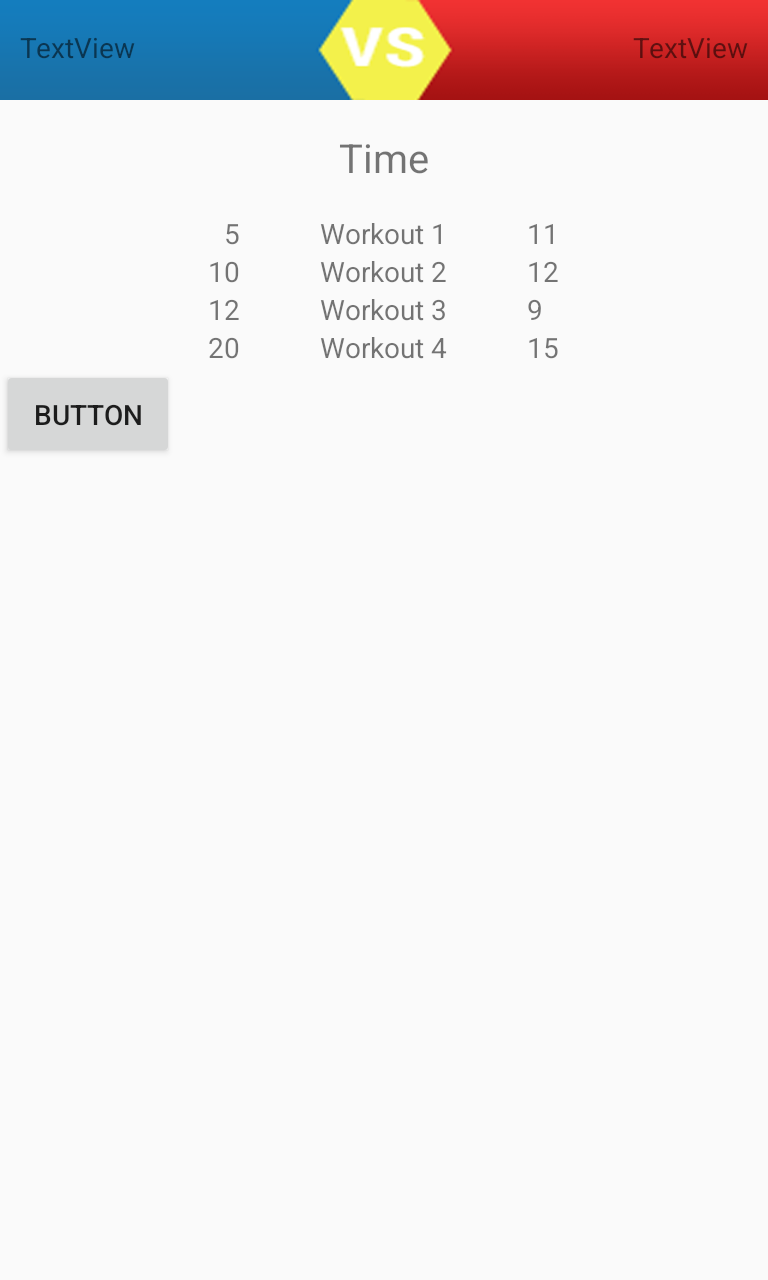
Repository: hackathon-2014/devdroid-repo
Layout: HealthyCompetition/res/layout/battlefield_layout.xml
The author's editor kept a copy of each file at every save. The layout is drawn from the files as they stood at one save, then again after a run of saves.
It is drawn on a 768 x 1280 px phone screen (xhdpi) without system bars, with theme AppTheme; the app's code is not run.

Above is the layout before, as saved 2014-08-23 19:54:23.

### HealthyCompetition/res/layout/battlefield_layout.xml
<?xml version="1.0" encoding="utf-8"?>
<LinearLayout xmlns:android="http://schemas.android.com/apk/res/android"
    android:layout_width="match_parent"
    android:layout_height="match_parent"
    android:orientation="vertical" >

    <RelativeLayout
        android:id="@+id/relative_layout_versus"
        android:layout_width="match_parent"
        android:layout_height="wrap_content" >

        <ImageView
            android:id="@+id/versus_image"
            android:layout_width="match_parent"
            android:layout_height="50dp"
            android:background="@drawable/vs_banner" />

        <TextView
            android:id="@+id/time_view"
            android:layout_width="wrap_content"
            android:layout_height="wrap_content"
            android:layout_below="@+id/versus_image"
            android:layout_centerHorizontal="true"
            android:layout_marginTop="15dp"
            android:text="Time"
            android:textSize="20dp" />

        <TextView
            android:id="@+id/player_one_name"
            android:layout_width="wrap_content"
            android:layout_height="wrap_content"
            android:layout_alignParentLeft="true"
            android:layout_alignParentTop="true"
            android:layout_marginLeft="10dp"
            android:layout_marginTop="14dp"
            android:text="TextView" />

        <TextView
            android:id="@+id/player_two_name"
            android:layout_width="wrap_content"
            android:layout_height="wrap_content"
            android:layout_alignBaseline="@+id/player_one_name"
            android:layout_alignBottom="@+id/player_one_name"
            android:layout_alignParentRight="true"
            android:layout_alignParentTop="true"
            android:layout_marginRight="10dp"
            android:text="TextView" />
    </RelativeLayout>

    <RelativeLayout
        android:id="@+id/workout_layout_one"
        android:layout_width="match_parent"
        android:layout_height="wrap_content"
        android:layout_marginTop="15dp"
        android:orientation="vertical" >

        <TextView
            android:id="@+id/workout_one"
            android:layout_width="wrap_content"
            android:layout_height="wrap_content"
            android:layout_centerHorizontal="true"
            android:text="Workout 1" />

        <TextView
            android:id="@+id/playerone_workoutone"
            android:layout_width="wrap_content"
            android:layout_height="wrap_content"
            android:layout_alignParentTop="true"
            android:layout_marginRight="40dp"
            android:layout_toLeftOf="@+id/workout_one"
            android:text="5" />

        <TextView
            android:id="@+id/playertwo_workoutone"
            android:layout_width="wrap_content"
            android:layout_height="wrap_content"
            android:layout_alignParentTop="true"
            android:layout_marginLeft="40dp"
            android:layout_toRightOf="@+id/workout_one"
            android:text="11" />
    </RelativeLayout>

    <RelativeLayout
        android:id="@+id/workout_layout_two"
        android:layout_width="match_parent"
        android:layout_height="wrap_content"
        android:orientation="vertical" >

        <TextView
            android:id="@+id/workout_two"
            android:layout_width="wrap_content"
            android:layout_height="wrap_content"
            android:layout_centerHorizontal="true"
            android:text="Workout 2" />

        <TextView
            android:id="@+id/playerone_workouttwo"
            android:layout_width="wrap_content"
            android:layout_height="wrap_content"
            android:layout_alignParentTop="true"
            android:layout_marginRight="40dp"
            android:layout_toLeftOf="@+id/workout_two"
            android:text="10" />

        <TextView
            android:id="@+id/playertwo_workouttwo"
            android:layout_width="wrap_content"
            android:layout_height="wrap_content"
            android:layout_alignParentTop="true"
            android:layout_marginLeft="40dp"
            android:layout_toRightOf="@+id/workout_two"
            android:text="12" />
    </RelativeLayout>

    <RelativeLayout
        android:id="@+id/workout_layout_three"
        android:layout_width="match_parent"
        android:layout_height="wrap_content"
        android:orientation="vertical" >

        <TextView
            android:id="@+id/workout_three"
            android:layout_width="wrap_content"
            android:layout_height="wrap_content"
            android:layout_centerHorizontal="true"
            android:text="Workout 3" />

        <TextView
            android:id="@+id/playerone_workoutthree"
            android:layout_width="wrap_content"
            android:layout_height="wrap_content"
            android:layout_alignParentTop="true"
            android:layout_marginRight="40dp"
            android:layout_toLeftOf="@+id/workout_three"
            android:text="12" />

        <TextView
            android:id="@+id/playertwo_workoutthree"
            android:layout_width="wrap_content"
            android:layout_height="wrap_content"
            android:layout_alignParentTop="true"
            android:layout_marginLeft="40dp"
            android:layout_toRightOf="@+id/workout_three"
            android:text="9" />
    </RelativeLayout>

    <RelativeLayout
        android:id="@+id/workout_layout_four"
        android:layout_width="match_parent"
        android:layout_height="wrap_content"
        android:orientation="vertical" >

        <TextView
            android:id="@+id/workout_four"
            android:layout_width="wrap_content"
            android:layout_height="wrap_content"
            android:layout_centerHorizontal="true"
            android:text="Workout 4" />

        <TextView
            android:id="@+id/playerone_workoutfour"
            android:layout_width="wrap_content"
            android:layout_height="wrap_content"
            android:layout_alignParentTop="true"
            android:layout_marginRight="40dp"
            android:layout_toLeftOf="@+id/workout_four"
            android:text="20" />

        <TextView
            android:id="@+id/playertwo_workoutfour"
            android:layout_width="wrap_content"
            android:layout_height="wrap_content"
            android:layout_alignParentTop="true"
            android:layout_marginLeft="40dp"
            android:layout_toRightOf="@+id/workout_four"
            android:text="15" />
    </RelativeLayout>

    <Button
        android:id="@+id/button1"
        android:layout_width="wrap_content"
        android:layout_height="wrap_content"
        android:layout_centerHorizontal="true"
        android:text="Button" />

</LinearLayout>

Loaded but not shown: HealthyCompetition/res/values/styles.xml (common file); HealthyCompetition/res/values-v11/styles.xml (common file); HealthyCompetition/res/values-v14/styles.xml (common file)

After the next 2 saves:
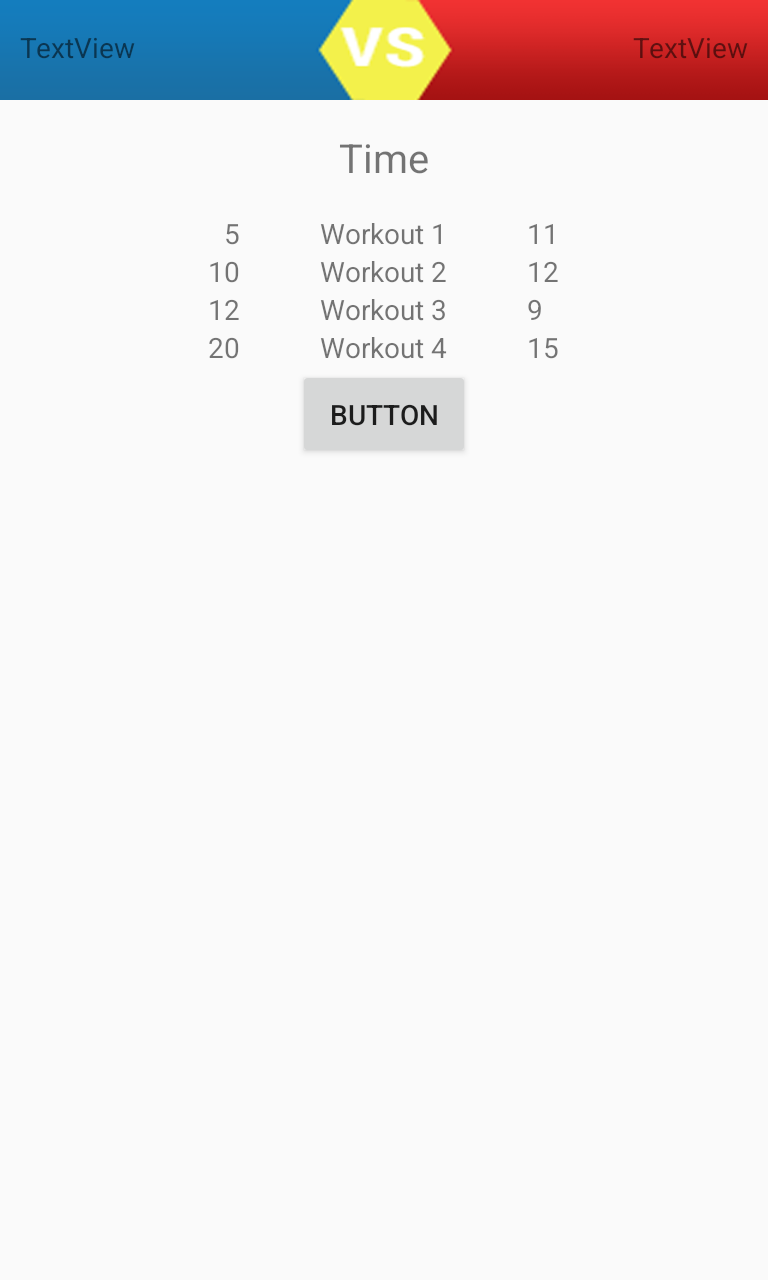
The 2 saves are shown as one change because they came seconds apart.
The last was saved 36 s later.
--- a/HealthyCompetition/res/layout/battlefield_layout.xml
+++ b/HealthyCompetition/res/layout/battlefield_layout.xml
@@ -176,11 +176,16 @@
             android:text="15" />
     </RelativeLayout>
 
-    <Button
-        android:id="@+id/button1"
-        android:layout_width="wrap_content"
-        android:layout_height="wrap_content"
-        android:layout_centerHorizontal="true"
-        android:text="Button" />
+    <RelativeLayout
+        android:layout_width="match_parent"
+        android:layout_height="wrap_content" >
+
+        <Button
+            android:id="@+id/button1"
+            android:layout_width="wrap_content"
+            android:layout_height="wrap_content"
+            android:layout_centerHorizontal="true"
+            android:text="Button" />
+    </RelativeLayout>
 
 </LinearLayout>
